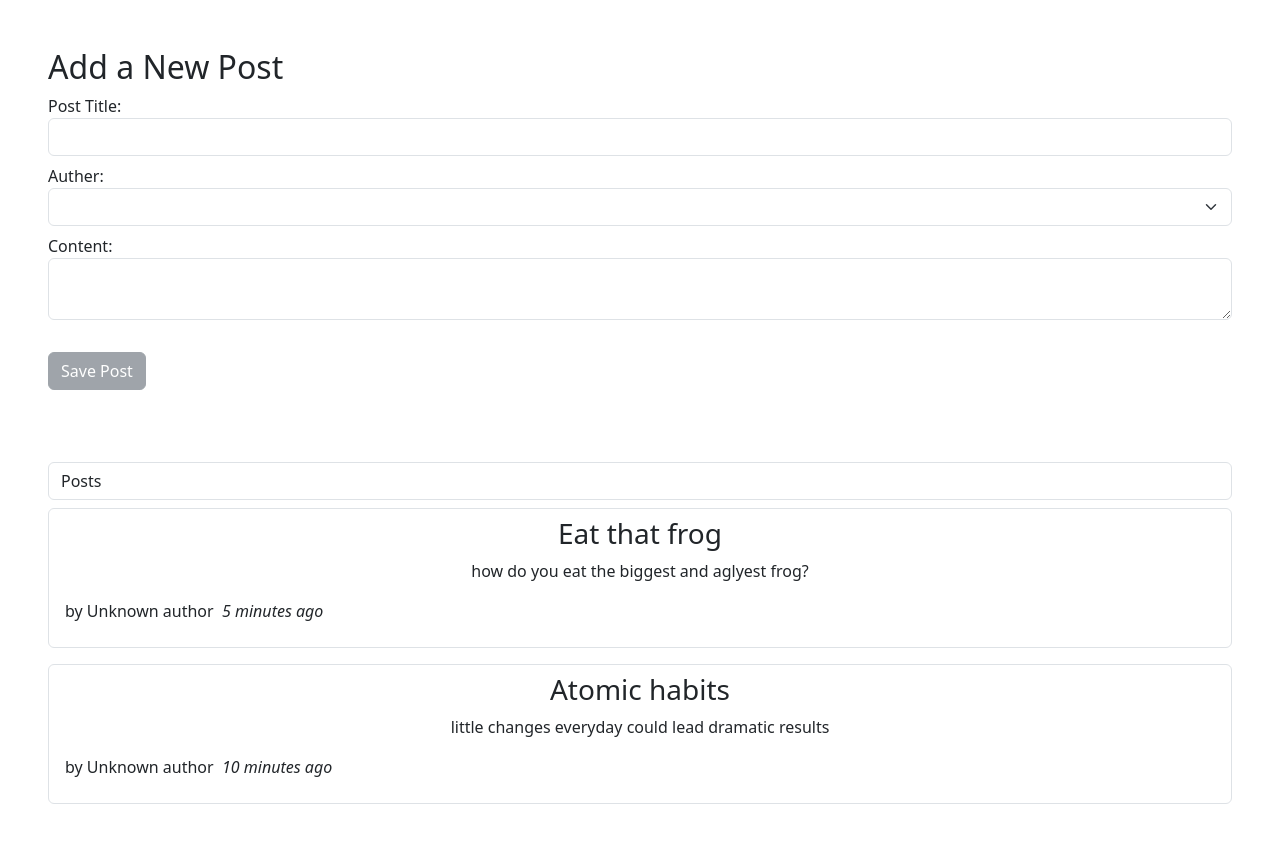
Repository: bekhzodbek231/react-redux-project-
Page: /
The author's editor kept a copy of each file at every save. The page is drawn from the files as they stood at one save, then again after the next save.
The browser window is 1280 px wide. The pictures show the whole page.
The project was rebuilt for these pictures with package versions that can differ from the ones it lists, and the page was loaded fresh each time. Also part of the build but not shown: vite.config.js.

Above is the page before, as saved 2023-07-28 23:20:22.

After the next save:
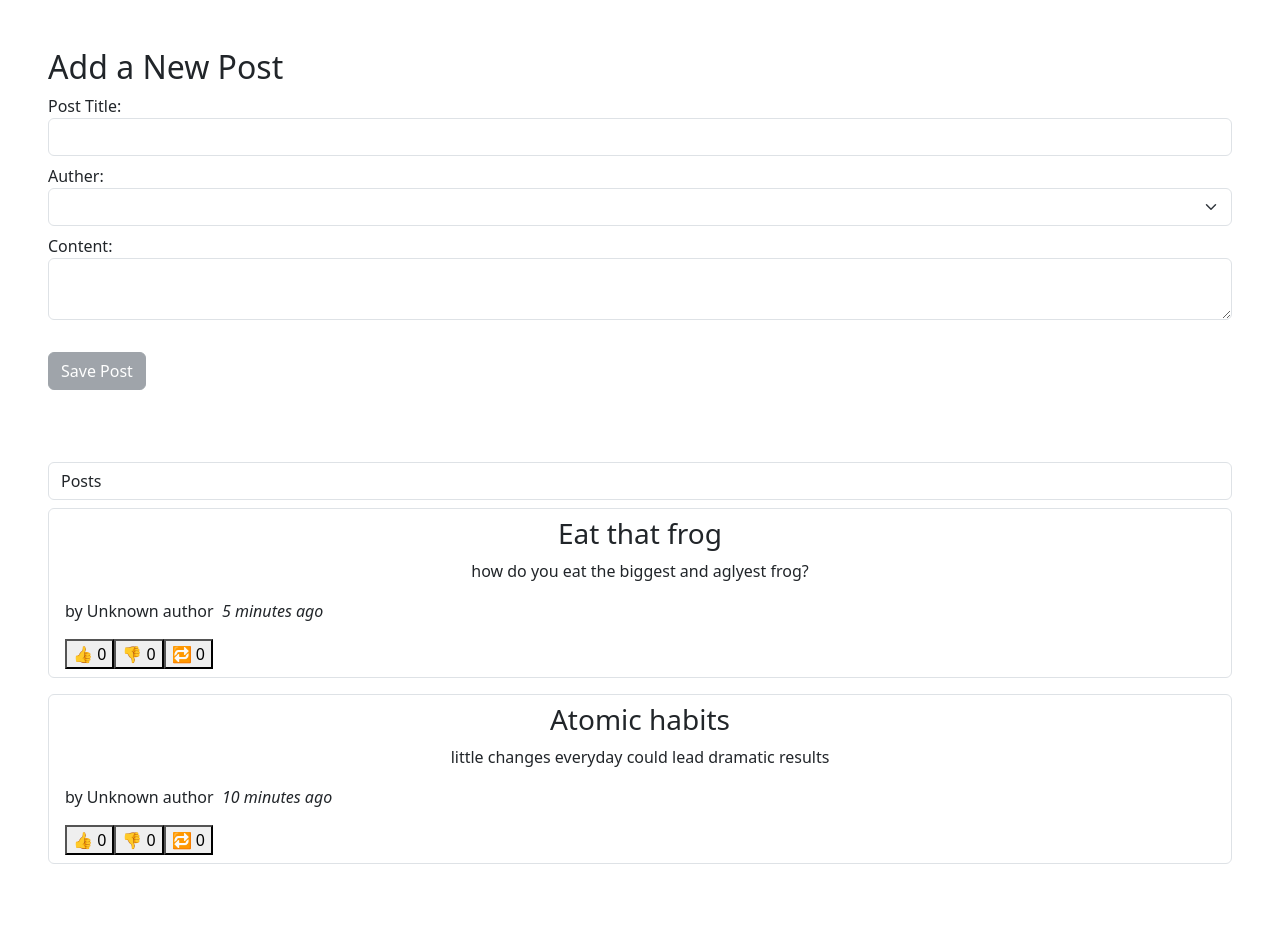
Saved 2 min 51 s later.
--- a/src/features/posts/PostsList.jsx
+++ b/src/features/posts/PostsList.jsx
@@ -3,6 +3,8 @@ import { useSelector } from "react-redux"
 import { selectAllPosts } from './postsSlice'
 import PostAuthor from './PostAuthor'
 import TimeAgo from './TimeAgo'
+import ReactButton from './ReactButton'
+
 
 const PostsList = () => {
     const posts = useSelector(selectAllPosts)
@@ -18,6 +20,7 @@ const PostsList = () => {
                 <PostAuthor userId={post.userId}/>
                 <TimeAgo timestamp={post.date} />
             </p>
+            <ReactButton post={post} />
             </div>
         </article>
     ))
